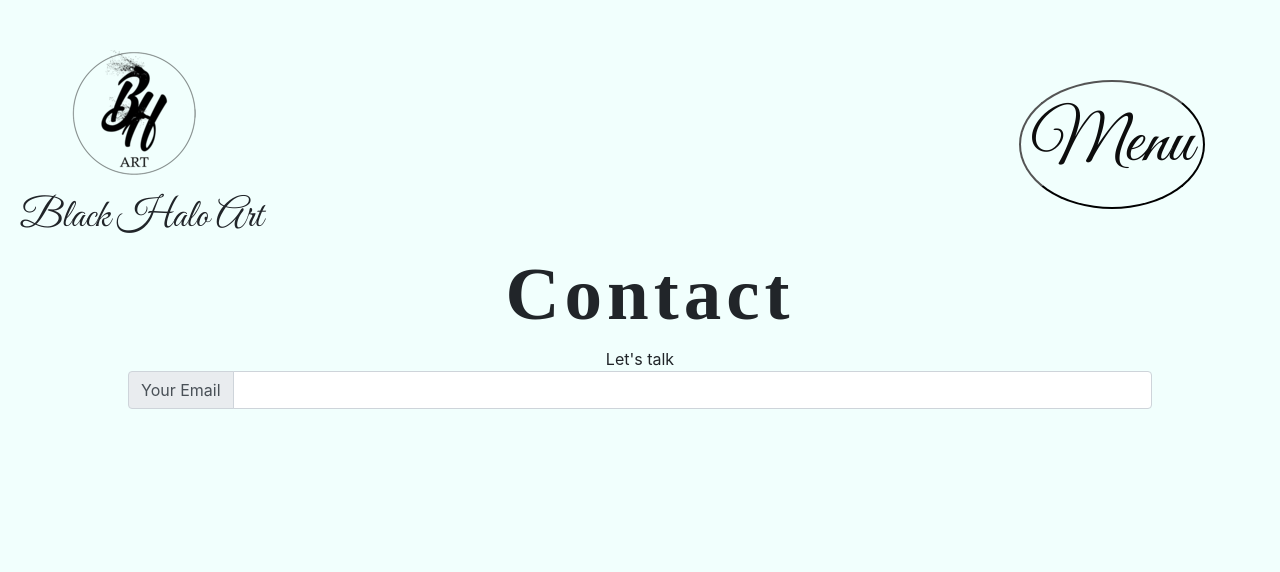
Repository: Cosy-Chaos/project-time
Page: contact.html
The author's editor kept a record of every edit. The page is drawn from the files as they stood at one moment, then again after the next edit.
The browser window is 1280 px wide. The pictures show the whole page.
Some web fonts or font styles are not loaded; a fallback is used.

Above is the page before.

After the next edit:
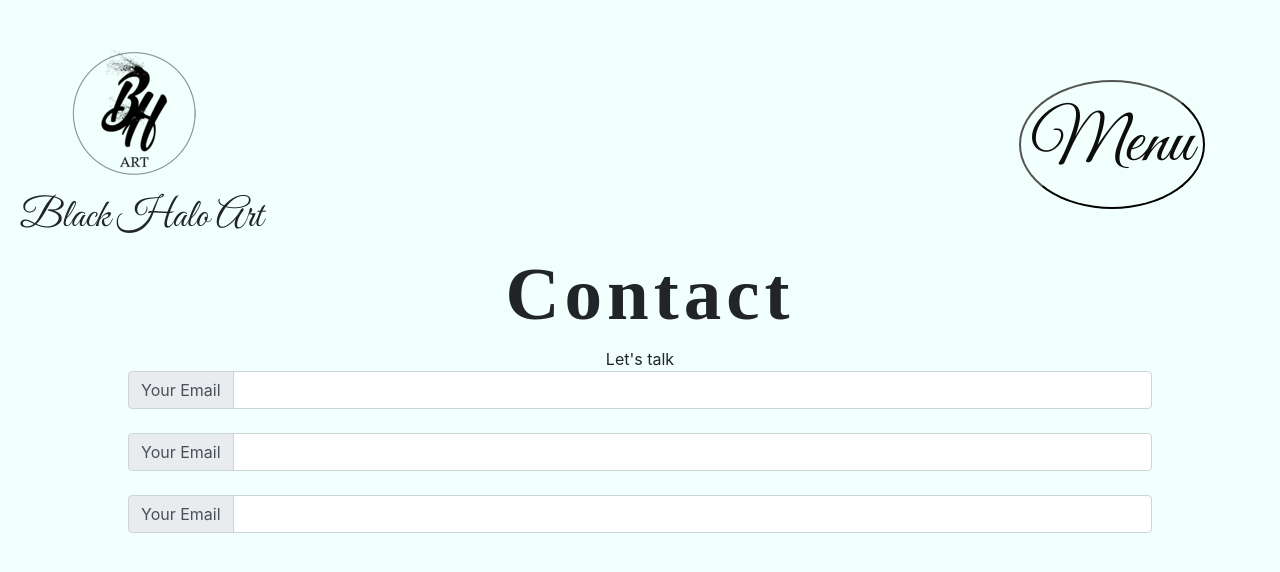
The edit:
--- a/contact.html
+++ b/contact.html
@@ -48,6 +48,24 @@
   <input type="text" aria-label="Your email" class="form-control">
 </div>
 
+<br>
+
+         <div class="input-group">
+  <div class="input-group-prepend">
+    <span class="input-group-text">Your Email</span>
+  </div>
+  <input type="text" aria-label="Your email" class="form-control">
+</div>
+
+<br>
+
+         <div class="input-group">
+  <div class="input-group-prepend">
+    <span class="input-group-text">Your Email</span>
+  </div>
+  <input type="text" aria-label="Your email" class="form-control">
+</div>
+
       </div>
   </div>
 
